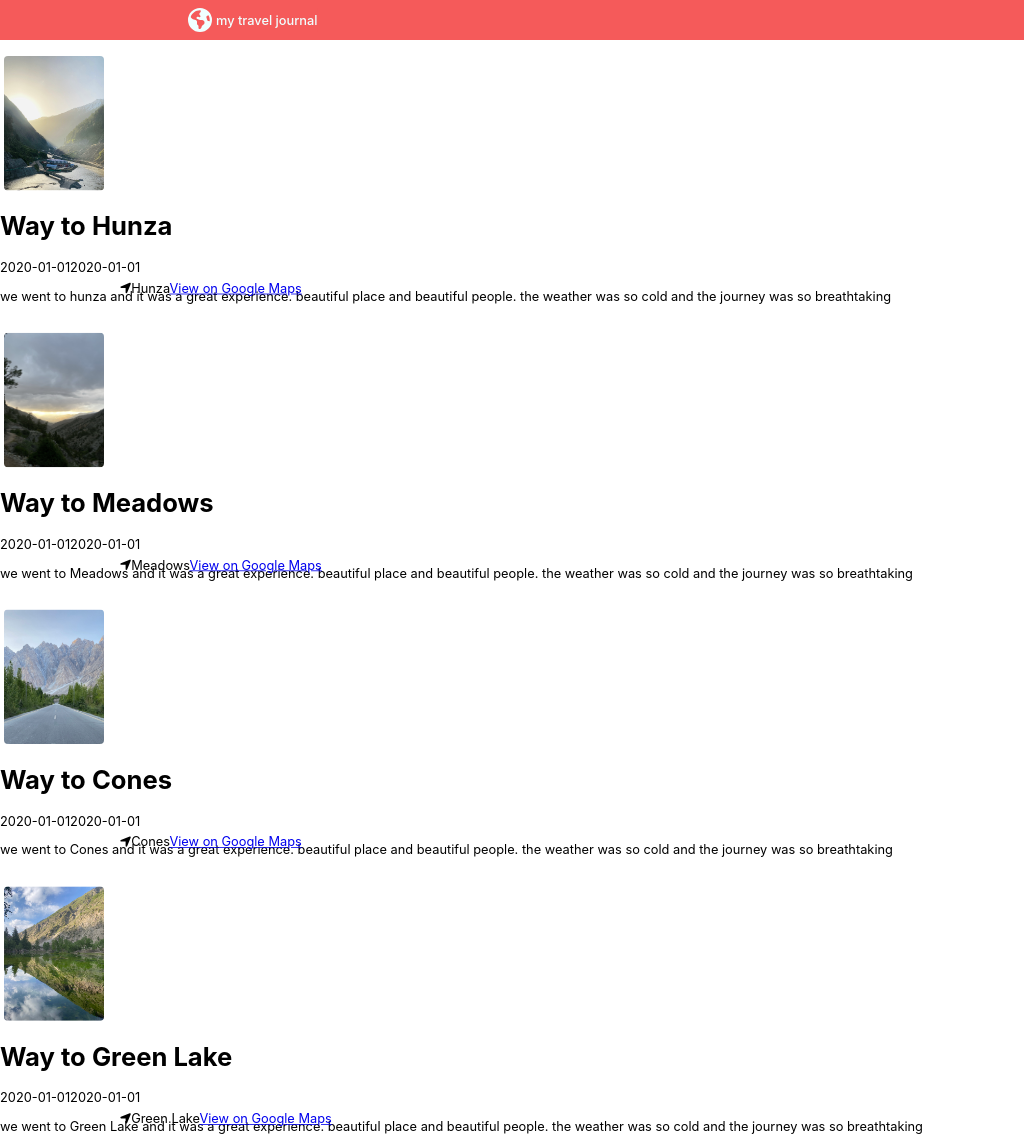
Repository: mortiestmorty1/travel-journal
Page: /
These files come from the project's save history. The page is drawn as it stood at one moment and after the next save; the edit follows.
The browser window is 1280 px wide. The pictures show the whole page, at 80% of full size.
The project was rebuilt for these pictures with package versions that can differ from the ones it lists, and the page was loaded fresh each time.

Above is the page before, as saved 2024-01-17 15:11:25.

After the next save:
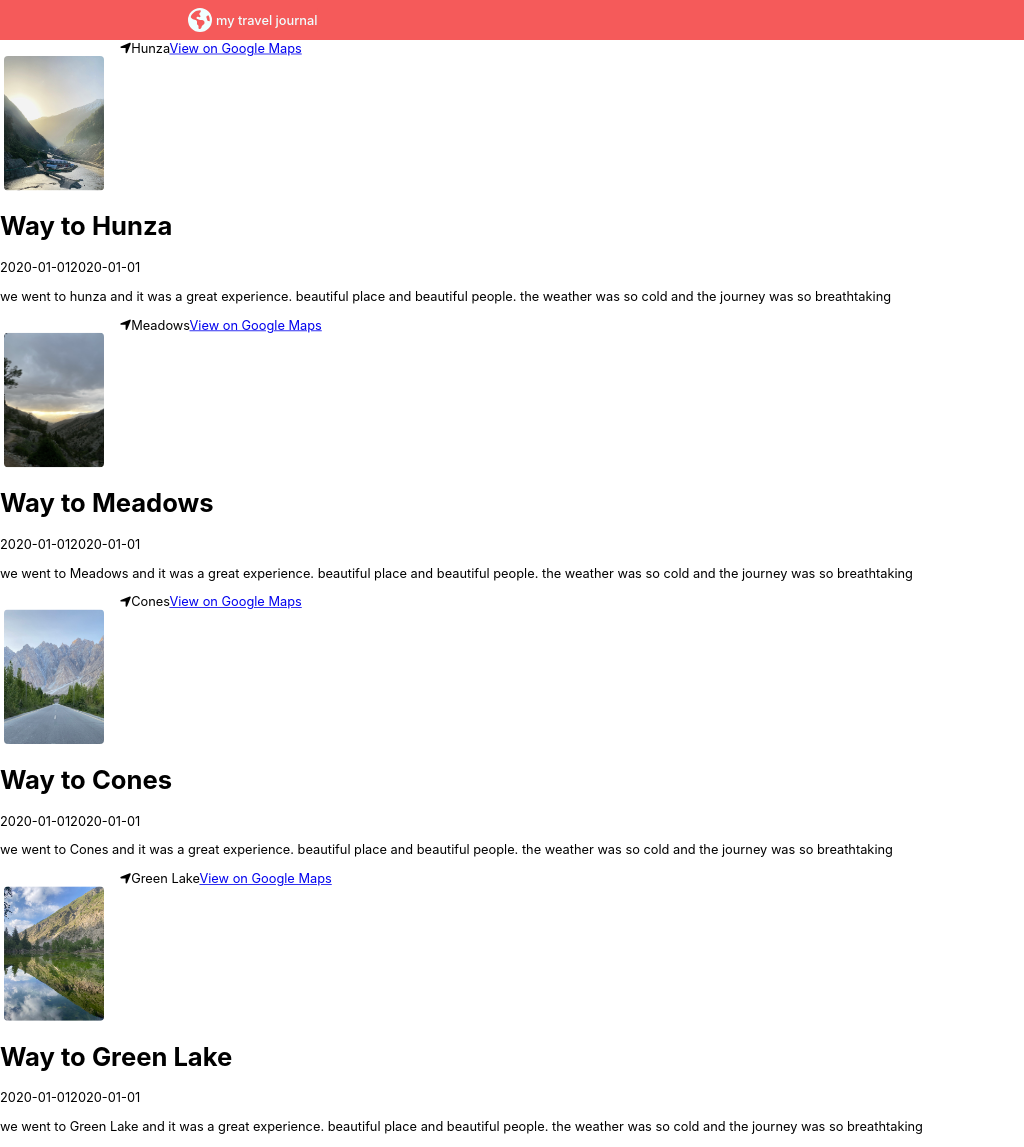
Saved 12 s later.
--- a/src/App.css
+++ b/src/App.css
@@ -38,7 +38,8 @@
 .section1{
   position: absolute;
   left: 150px;
-  top: 300px;
+  top: 00px;
+  bottom: 0;
 
 }
 
